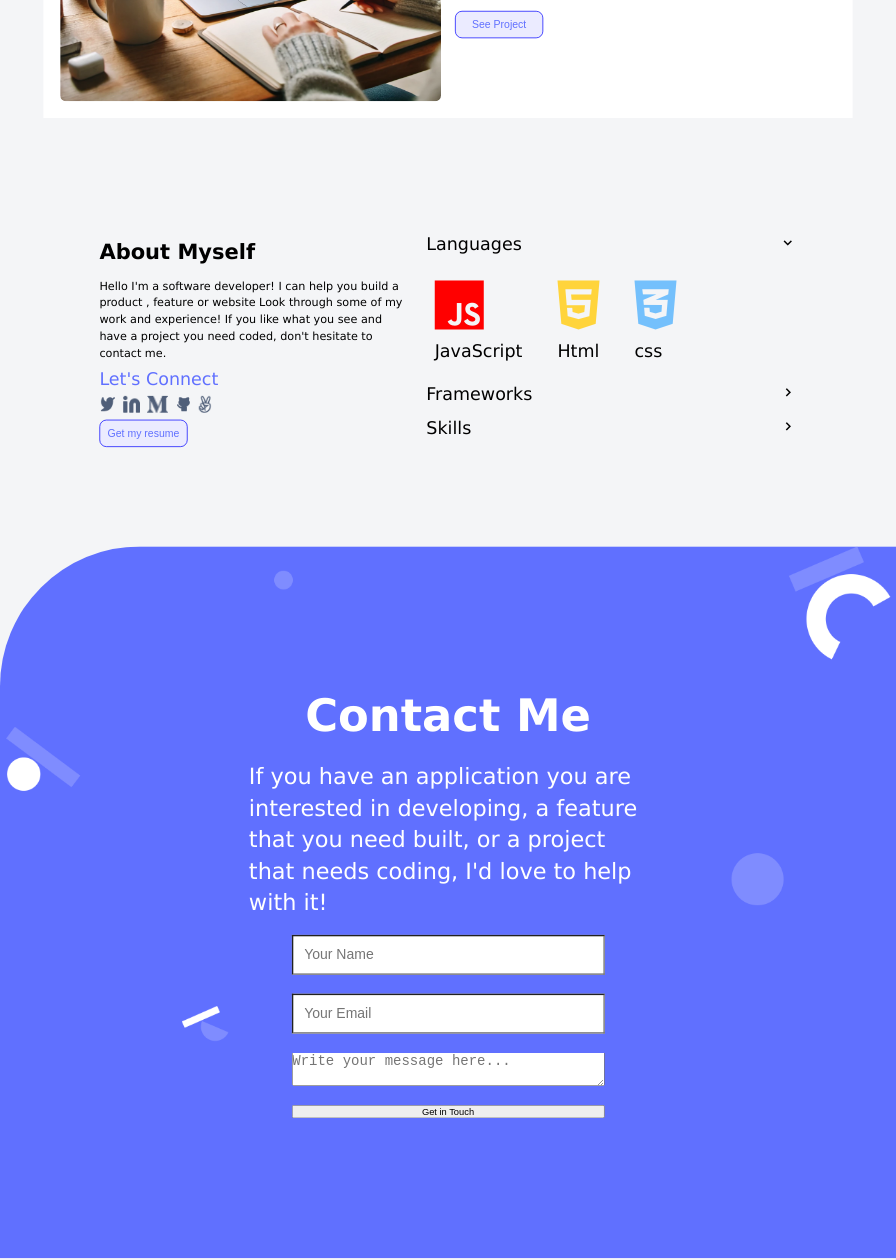
Repository: usman3123/portfolio-template-3
Page: portfolio.html
The author's editor kept a copy of each file at every save. The page is drawn from the files as they stood at one save, then again after the next save.
The browser window is 1280 px wide. The pictures show the part of the page from y = 3111 to 5031 px (the page is 4911 px tall before and 5031 px after), at 70% of full size.
Some web libraries are served in a nearby version.

Above is the page before, as saved 2025-01-27 11:31:26.
Not found: index.js

### portfolio.html
<!DOCTYPE html>
<html lang="en">
<head>
  <meta charset="UTF-8">
  <meta name="viewport" content="width=device-width, initial-scale=1.0">
  <title>project 2</title>
  <link rel="stylesheet" href="style.css">
  <link href='https://unpkg.com/boxicons@2.1.4/css/boxicons.min.css' rel='stylesheet'>
  <link rel="stylesheet" href="https://cdnjs.cloudflare.com/ajax/libs/font-awesome/6.6.0/css/all.min.css" integrity="sha512-Kc323vGBEqzTmouAECnVceyQqyqdsSiqLQISBL29aUW4U/M7pSPA/gEUZQqv1cwx4OnYxTxve5UMg5GT6L4JJg==" crossorigin="anonymous" referrerpolicy="no-referrer" />
  <link rel="stylesheet" href="https://cdnjs.cloudflare.com/ajax/libs/font-awesome/6.6.0/css/all.min.css" integrity="sha512-Kc323vGBEqzTmouAECnVceyQqyqdsSiqLQISBL29aUW4U/M7pSPA/gEUZQqv1cwx4OnYxTxve5UMg5GT6L4JJg==" crossorigin="anonymous" referrerpolicy="no-referrer" />

  <link rel="stylesheet" href="https://cdnjs.cloudflare.com/ajax/libs/font-awesome/6.7.2/css/all.min.css">
  <link rel="preconnect" href="https://fonts.googleapis.com">
<link rel="preconnect" href="https://fonts.gstatic.com" crossorigin>
<link href="https://fonts.googleapis.com/css2?family=Poppins:ital,wght@0,100;0,200;0,300;0,400;0,500;0,600;0,700;0,800;0,900;1,100;1,200;1,300;1,400;1,500;1,600;1,700;1,800;1,900&display=swap" rel="stylesheet">
</head>

<body>
<section class="webpage">
  <!-- Navbar -->

 <div class="hero-page">
  <div class="header-div">
    <nav class="nav-bar flex">
        <h4 class="nav-heading">My Logo</h4>
        <div class="nav-links flex">
            <a href="#myportfolio" class="link">Portfolo</a>
            <a href="myabout" class="link">About</a>
            <a href="mycontact" class="link" >Contact</a>
        </div>
        <i class="fa-solid fa-light fa-bars fa-xl " id="nav-icon"></i>
    </nav>
</div>

  <!-- Main Content -->
  <section id="myportfolio" class="hero-section flex">
    <div class="hero-content flex">
        <h1 class="hero-head"> I'm USMAN!
          Glad to see you.
      </h1>
      <p class="hero-p">
         I'm a software developer! I can help you build a product , feature or website Look through  some of my work and experience! If you like what you see and have a project you need coded, don’t hesitate to contact me.
      </p>
     <p class="let-connect"> LET'S CONNECT</p>

      <div class="icons flex">
          <img src="/assets/twitter.png" class="media-icon">
          <img src="assets/Linkedin.png" class="media-icon">
          <img src="assets/M.png" class="media-icon">
          <img src="assets/Github.png" class="media-icon">
          <img src="assets/V.png" class="media-icon">
      </div>
    </div>
  </section>

 </div>
  <!-- Cards Section -->

  <section class="cards flex">
    <div class="card flex">
      <img class="card-img" src="/assets/card-1img.webp" alt="CARD_!_IMG">
      <div class="card-content flex">
        <h2 class="card-head">Technology Blog</h2>
        <p class="content-p">Title: "Innovating the Future"</p>
        <p class="content-sp">Description: "Explore groundbreaking advancements in AI and robotics shaping tomorrow."</p>
        <p class="content-p">Image Idea: A futuristic image showing AI robots collaborating with humans.</p>
        <div class="languages flex">
          <p class="lang">Html</p>
          <p class="lang">CSS</p>
          <p class="lang">JavaScript</p>
        </div>
        <button class="content-btn">See Project</button>
      </div>
    </div>
    <div class="card flex">
      <img class="card-img" src="/assets/card-2img.webp" alt="CARD_!_IMG">
      <div class="card-content flex">
        <h2 id="photo-head">Photography Portfolio</h2>
        <p class="content-p">Title: "Lens Stories"<p>
        <p class="content-sp">Description: "A collection of awe-inspiring moments captured around the globe."</p>
        <p class="content-p">Image Idea: A scenic view of mountains or a person with a camera.
        </p>
        <div class="languages flex">
          <p class="lang">Html</p>
          <p class="lang">Ruby on Rails</p>
          <p class="lang">CSS</p>
          <p class="lang">JavaScript</p>
        </div>
        <button class="content-btn">See Project</button>
      </div>
    </div>
    <div class="card flex">
      <img class="card-img" src="/assets/card-3img.webp" alt="CARD_!_IMG">
      <div class="card-content flex">
        <h2 class="card-head">Fitness App</h2>
        <p class="content-p">Title: "MoveSmart"<p>
        <p class="content-sp">Description: "Your companion for tracking workouts and achieving fitness goals."</p>
        <p class="content-p">Image Idea: A person jogging with fitness metrics displayed.</p>
        <div class="languages flex">
          <p class="lang">Html</p>
          <p class="lang">Ruby on Rails</p>
          <p class="lang">CSS</p>
          <p class="lang">JavaScript</p>
        </div>
        <button class="content-btn">See Project</button>
      </div>
    </div>
    <div class="card flex">
      <img class="card-img" src="/assets/card-4img.webp" alt="CARD_!_IMG">
      <div class="card-content flex">
        <h2 class="card-head">Online Learning</h2>
        <p class="content-p">Title: "Skillify"p>
        <p class="content-sp">Description: "Join courses from world-class instructors and master new skills."</p>
        <p class="content-p">Image Idea: A laptop with an open notebook and a student studying.</p>
        <div class="languages flex">
          <p class="lang">Html</p>
          <p class="lang">Ruby on Rails</p>
          <p class="lang">CSS</p>
          <p class="lang">JavaScript</p>
        </div>
        <button class="content-btn">See Project</button>
      </div>
    </div>
  </section>


   <!-- ABOUT MYSELF -->

   <section id="myabout" class="about flex">

    <div class="about-intro flex">
      <h1 class="about-head">About Myself</h1>
      <p class="about-paragraph">Hello I'm a software developer! I can help you build a product , feature or website Look through some of my work and experience! If you like what you see and have a project you need coded, don't hesitate to contact me.</p>
        <p class="connect">Let's Connect</p>
        <div class="icons flex icon-gap">
          <img src="assets/twitter.png" class="twitter">
          <img src="assets/Linkedin.png" class="inimage">
          <img src="assets/M.png" class="mimage">
          <img src="assets/Github.png" class="tomimage">
          <img src="assets/V.png" class="protocol">
      </div>
      <button class="content-btn rsm-btn"> Get my resume</button>
    </div>

    <div class="about-skills flex">
      <div class="about-all flex">
        <p>Languages</p>
        <i class='bx bx-chevron-down'></i>
      </div>
      <div class="about-lang flex">
        <div class="about-lang-img flex">
          <i class="fa-brands fa-js sty-i" style="color: #ff0000;"></i>
          <p>JavaScript</p>
        </div>
        <div class="about-lang-img flex">
          <i class="fa-brands fa-html5 sty-i" style="color: #FFD43B;"></i>
          <p>Html</p>

        </div>
        <div class="about-lang-img flex">
          <i class="fa-brands fa-css3-alt sty-i" style="color: #74C0FC;"></i>
          <p>css</p>
        </div>
      </div>
      <div class="about-all flex">
        <p> Frameworks</p>
        <i class='bx bx-chevron-right'></i>
      </div>
      <div class="about-all flex">
        <p>Skills</p>
        <i class='bx bx-chevron-right'></i>
        </div>
        </div>
  </section>


  <!-- Contact section -->

    <section id="mycontact" class="contact-section flex">
    <h1 class="contact-heading">Contact Me</h1>
    <p class="contact-description flex">
        If you have an application you are interested in developing, a feature that you need built, or a project that needs coding, I'd love to help with it!
    </p>
    <form class="contact-form flex">
        <input class="form-input" type="text" placeholder="Your Name">
        <input class="form-input" type="email" placeholder="Your Email">
        <textarea class="form-message" placeholder="Write your message here..."></textarea>
        <button class="form-button">Get in Touch</button>
    </form>

</section>
</section>

<script src="index.js"></script>
</body>
</html>

### style.css
*{
    margin: 0;
    padding: 0;
    box-sizing: border-box;
}

body {
    font-family: Verdana, Geneva, Tahoma, sans-serif;
    background-color: #f4f5f7;
    justify-content: center;
    display: flex
;
}

.flex {
    display: flex;
}

/* nav-bar */

.header-div {
    background-color: #3c3a39;
    width: 100%;
}

.nav-bar {
    justify-content: space-between;
    color: white;
    max-width: 1204px;
    align-items: center;
    padding: 10px 24px;
}

.nav-heading {
    font-size: 30px;
    padding-left: 120px;
}

.nav-links {
    gap: 40px;
    align-items: center;
    font-size: 25px;
    display: none;
}
.nav-icon {
    display: flex;
    width: 24px;
}


/* hero-section */

.hero-page {
    background-color: white;
    border-bottom-left-radius: 190px;
    background-image: url(/assets/Header\ bg@2x.png);
    background-size: contain;
    max-height: 846px;
    background-position: center;
    background-repeat: no-repeat;
    max-width: 1440px;
}
.hero-section {
    height: 846px;
    align-items: center;
    justify-content: center;
    padding-left: 20%;
}
.hero-content {
    flex-direction: column;
    gap: 20px;
}
.hero-head {
    font-size: 48px;
    font-weight: 700;
    width: 35%;
}

.hero-p {
    font-size: 25px;
    line-height: 28px;
    color: #344563;

    width: 73%;
}

.let-connect {
    color: #1d32f7;
    font-size: 20px;
    font-weight: 500;
    line-height: 24px;
}

.media-icon {
    height: 35px;
}

.icons {
    gap: 10px;
}

.nav-head {
    max-width: 1440px;
    width: 100%;
}
.enable {
    color: blue;
}
.link {
    color: white;
    text-decoration: none;
}

/* card-section */

.cards {
    flex-direction: column;
    align-items: center;
    gap:142px;
    padding: 24px;
}
.card {
    background-color: white;
    max-width: 1156px;
    max-height: 496px;
    width: 100%;
    padding: 24px;
    gap: 20px;
}
.card-img {
    max-width: 544px;
    width: 50%;
    border-radius:8px ;
}

.card-content {
    flex-direction: column;
    gap: 24px;
}

.card-head {
    font-size: 40px;
    font-weight: 700;
    line-height: 52px;
}
#photo-content {
    font-size: 40px;
    font-weight: 700;
    line-height: 52px;
}
.content-p {
    font-size: 20px;
    font-weight: 400;
    line-height: 24px;
}
.content-sp {
    font-size: 20px;
    font-weight: 400;
    line-height: 24px;
}

.languages {
    gap: 8px;
    align-items: center;
}

.lang {
    padding: 4px 12px;
    color: #6070ff;
    background-color: #ebebff;
    border-radius: 10px;
}

.content-btn {
    max-width: 126px;
    width: 100%;
    padding: 4px 12px;
    color: #6070ff;
    background-color: #ebebff;
    border-radius: 10px;
    padding: 10px;
    border: 1px solid blue;
    font-size: 15px;
}

/* about-section */

.about {
    padding: 142px;
    gap: 20px;
}

.about-intro {
    flex-direction: column;
    max-width: 447px;
    max-height: 311px;
    gap: 10px;
}

.about-head {
    font-size: 30px;
    font-weight: 700;
    line-height: 52px;
}
.about-paragraph {
    font-size: 16px;
    line-height: 24px;
}
.connect {
    color: #6070ff;
    font-size: 25px;
}

.about-skills {
    max-width: 684px;
    flex-direction: column;
    width: 100%;
    gap: 20px;
}

.about-all {
    justify-content: space-between;
    font-size: 25px;
}
.about-lang {
    gap: 50px;
    padding: 12px;
}
.about-lang-img {
    flex-direction: column;
    gap: 12px;
}
.sty-i {
    font-size: 80px;
}
.about-lang-img > p {
    font-size: 25px;
}
.contact-section {
    flex-direction: column;
    align-items: center;
    gap: 24px;
    background-color: #6070ff;
    background-image: url(/assets/contact\ form\ background\ shapes@2x.png);
    background-size: contain;
    background-repeat: no-repeat;
    border-top-left-radius: 200px;
    padding: 200px 0;
}
.contact-heading {
    font-size: 4rem;
    font-weight: 700;
    line-height: 5.2rem;
    color: white;
}
.contact-description {
    max-width: 569px;
    font-size: 2rem;
    line-height: 2.8rem;
    align-items: center;
    color: white;
}
.contact-form {
    gap: 27px;
    flex-direction: column;
    max-width: 447px;
    width: 100%;
}
.form-input {
    padding: 15px 16px;
    background-color: white;
    color: black;
    font-size: 20px
}
.form-message {
    color: black;
    font-size: 20px
}








@media (max-width : 1100px) {
    .hero-head {
        width: 53%;
    }
    .card-head {
        font-size: 2rem;
    }
    #photo-head {
        font-size: 27px;
    }
    .content-p {
        font-size: 15px;
    }
    .content-sp {
        font-size: 15px;
        display: none;
    }
    .card-content {
        gap: 20px;
    }

}
@media (max-width :870px) {
    .card {
        flex-direction: column;
        max-height: 552px;
        padding: 16px;
    }
    .card {
        max-width: 327px;
    }
    .about {
        flex-direction: column;
    }

}
@media (max-width : 870px) {
    .hero-head {
        width: 100%;
    }
    .hero-section {
        padding: 24px;
    }
    .hero-p {
        width: 100%;
    }
    .card-img {
        width: 100%;
        height: 18vh;
    }
    .card-content {
        gap: 2px;
    }
}
@media (min-width : 700px) {
    .nav-links {
        display: flex;
    }
    #nav-icon {
        display: none;
    }

}
@media (min-width : 1441px) {
    .card-content {
        gap: 30px;
    }
}

After the next save:
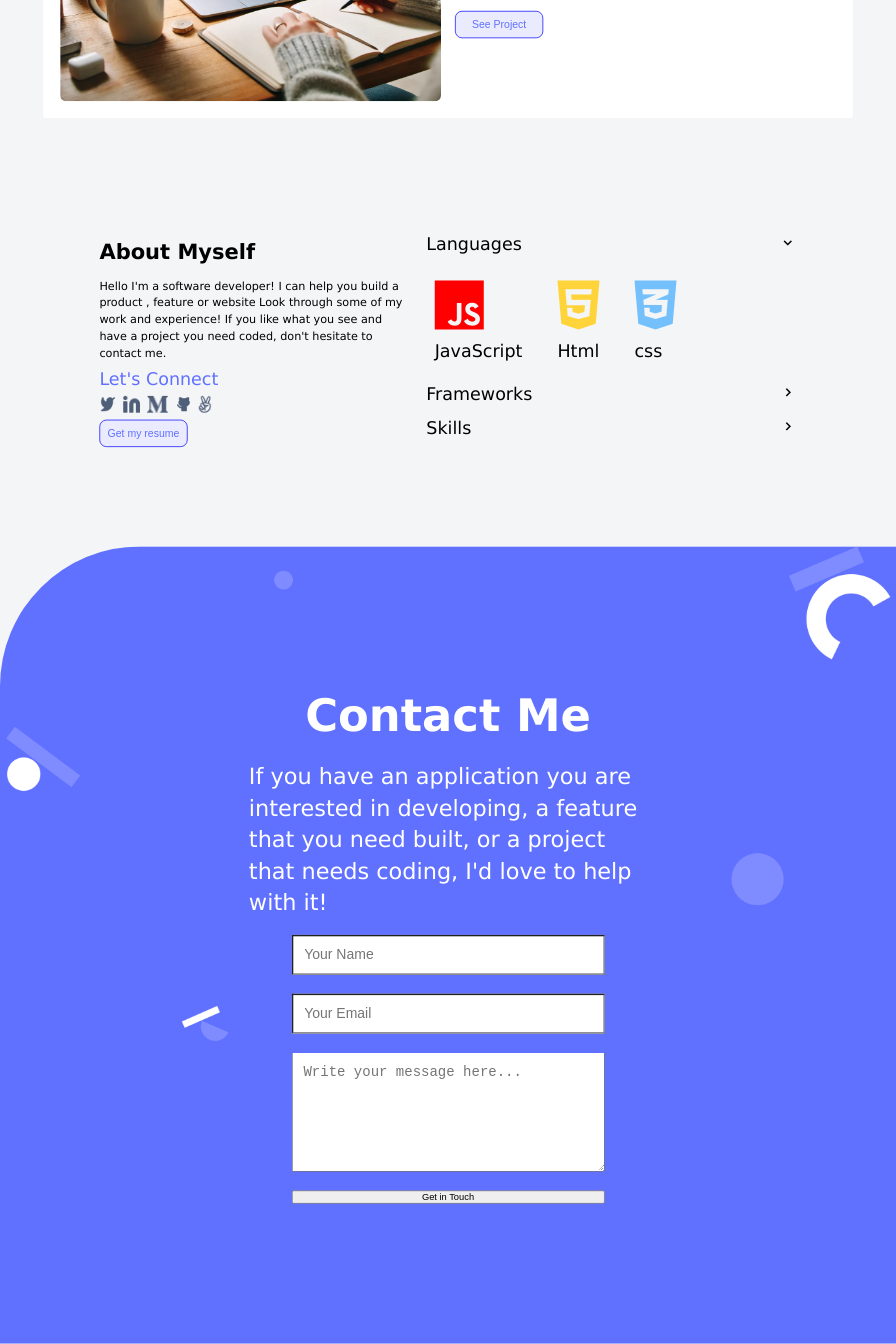
Saved 70 s later.
--- a/style.css
+++ b/style.css
@@ -274,7 +274,9 @@ body {
 }
 .form-message {
     color: black;
-    font-size: 20px
+    font-size: 20px;
+    padding: 15px 16px;
+    height: 170px;
 }
 
 
